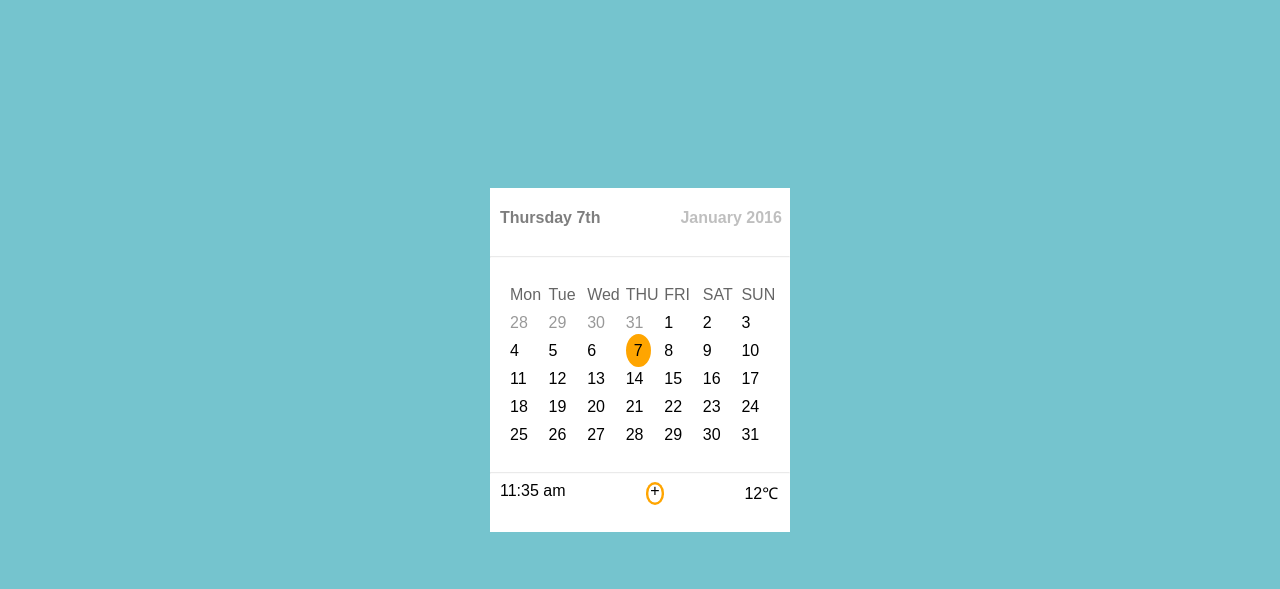
Repository: KYUUBI-K/HTML
Page: За 1 курс/Лаб 4/calendar.html
An editor plug-in stored every save of this project. The page is shown before and after the next save, followed by the edit.
The browser window is 1280 px wide. The pictures show the whole page.

Above is the page before, as saved 2021-03-30 18:24:15.

### За 1 курс/Лаб 4/calendar.html
<!DOCTYPE html>
<html lang="en">
<head>
    <meta charset="UTF-8">
    <meta http-equiv="X-UA-Compatible" content="IE=edge">
    <meta name="viewport" content="width=device-width, initial-scale=1.0">
    <title>Document</title>
    <link rel="stylesheet" href="for_calend.css">
</head>
<body style="background-color:rgba(80, 181, 194, 0.788) ;">
    <div class="calendar">
        <div class="today">
            <h4>Thursday 7th</h4>
            <div class="today">
                <h4>January 2016</h4>
            </div>
        </div><hr>
        <div class="date">
            <div class="day">Mon</div>
            <div class="day">Tue</div>
            <div class="day">Wed</div>
            <div class="day">THU</div>
            <div class="day">FRI</div>
            <div class="day">SAT</div>
            <div class="day">SUN</div>
            <div class="number"><span class="previous_days">28</span></div>
            <div class="number"><span class="previous_days">29</span></div>
            <div class="number"><span class="previous_days">30</span></div>
            <div class="number"><span class="previous_days">31</span></div>
            <div class="number">1</div>
            <div class="number">2</div>
            <div class="number">3</div>
            <div class="number">4</div>
            <div class="number">5</div>
            <div class="number">6</div>
            <div class="number"><span class="seven">7</span></div>
            <div class="number">8</div>
            <div class="number">9</div>
            <div class="number">10</div>
            <div class="number">11</div>
            <div class="number">12</div>
            <div class="number">13</div>
            <div class="number">14</div>
            <div class="number">15</div>
            <div class="number">16</div>
            <div class="number">17</div>
            <div class="number">18</div>
            <div class="number">19</div>
            <div class="number">20</div>
            <div class="number">21</div>
            <div class="number">22</div>
            <div class="number">23</div>
            <div class="number">24</div>
            <div class="number">25</div>
            <div class="number">26</div>
            <div class="number">27</div>
            <div class="number">28</div>
            <div class="number">29</div>
            <div class="number">30</div>
            <div class="number">31</div>
        </div><hr>
        <div class="lower">
            <div>11:35 am</div>
            <div class="plus">+</div>
            <div>12℃</div>
        </div>
    </div>
</body>
</html>

### За 1 курс/Лаб 4/for_calend.css
body{
    margin:0;
    padding: 0;
    display: flex;
    justify-content: center;
    align-items: center;
    height: 100vh;
    font-family: sans-serif;
}
.calendar{
    width: 300px;
    height: auto;
    background-color: white;
    box-sizing: border-box;

}
.calendar .date{
    padding: 20px;
    display: grid;
    grid-template-columns: repeat(auto-fit,minmax(25px,1fr));
    grid-gap: 10px;
    box-sizing: border-box;
}
.today{
    display: flex;
    grid-gap: 70px;
    margin-left: 10px;
    opacity: 0.5;
}
.lower{
    display: flex;
    grid-gap: 80px;
    margin-left: 10px;
    height: 50px;
}
.seven{
    border-radius: 50%;

    background-color:orange;

    text-align: center;
    padding: 8px;
}
.previous_days{
    opacity: 0.4;
}
.day{
    opacity: 0.6;
}
hr{
    opacity: 0.2;
}
.plus{
    border-radius: 50%;
    width: 0.5cm;
    height: 0.6cm;

    box-shadow: inset 0 0 0 0.15em orange;
    text-align: center;

}
.circle{
    position: relative;
    border-radius: 100%;
    box-shadow: inset 0 0 0 0.09em blueviolet;
    text-align: center;

}
.small-circle{
    position: relative;
    background-color: blueviolet;
    bottom: 30px;
    left: 18px;
    border-radius:100%;
}

After the next save:
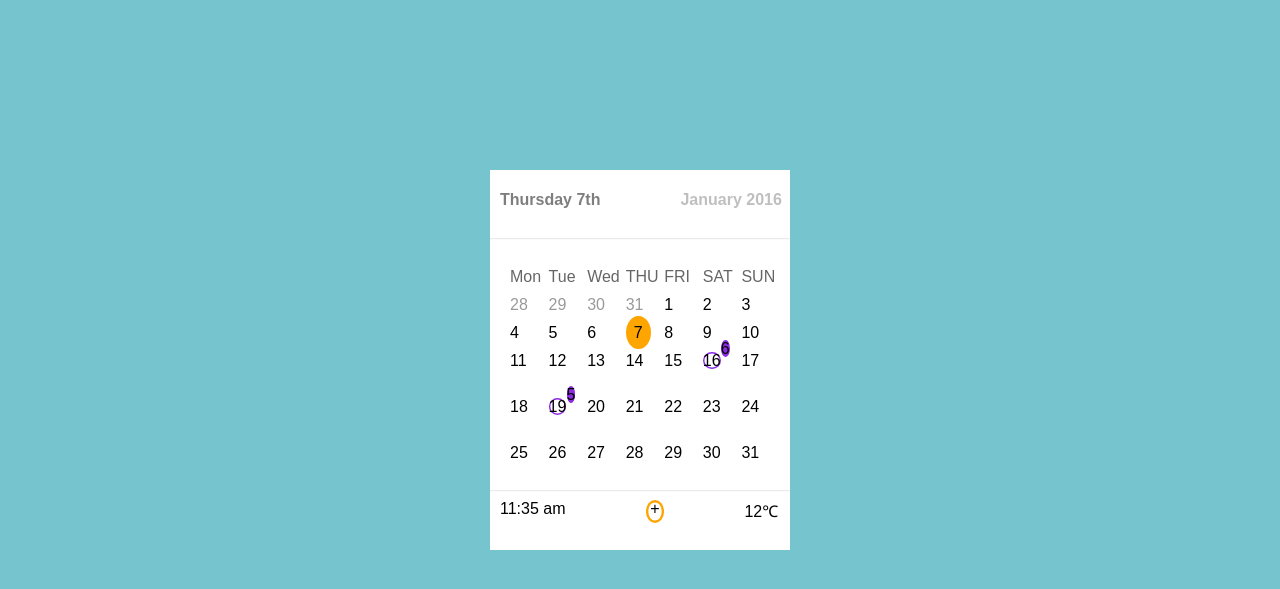
Saved 34 s later.
--- a/За 1 курс/Лаб 4/calendar.html
+++ b/За 1 курс/Лаб 4/calendar.html
@@ -42,10 +42,14 @@
             <div class="number">13</div>
             <div class="number">14</div>
             <div class="number">15</div>
-            <div class="number">16</div>
+            <div> <span class="circle"> 16 </span>
+                <span class="small-circle ">6</span>
+             </div>
             <div class="number">17</div>
             <div class="number">18</div>
-            <div class="number">19</div>
+            <div> <span class="circle"> 19 </span>
+                <span class="small-circle ">5</span>
+             </div>
             <div class="number">20</div>
             <div class="number">21</div>
             <div class="number">22</div>
